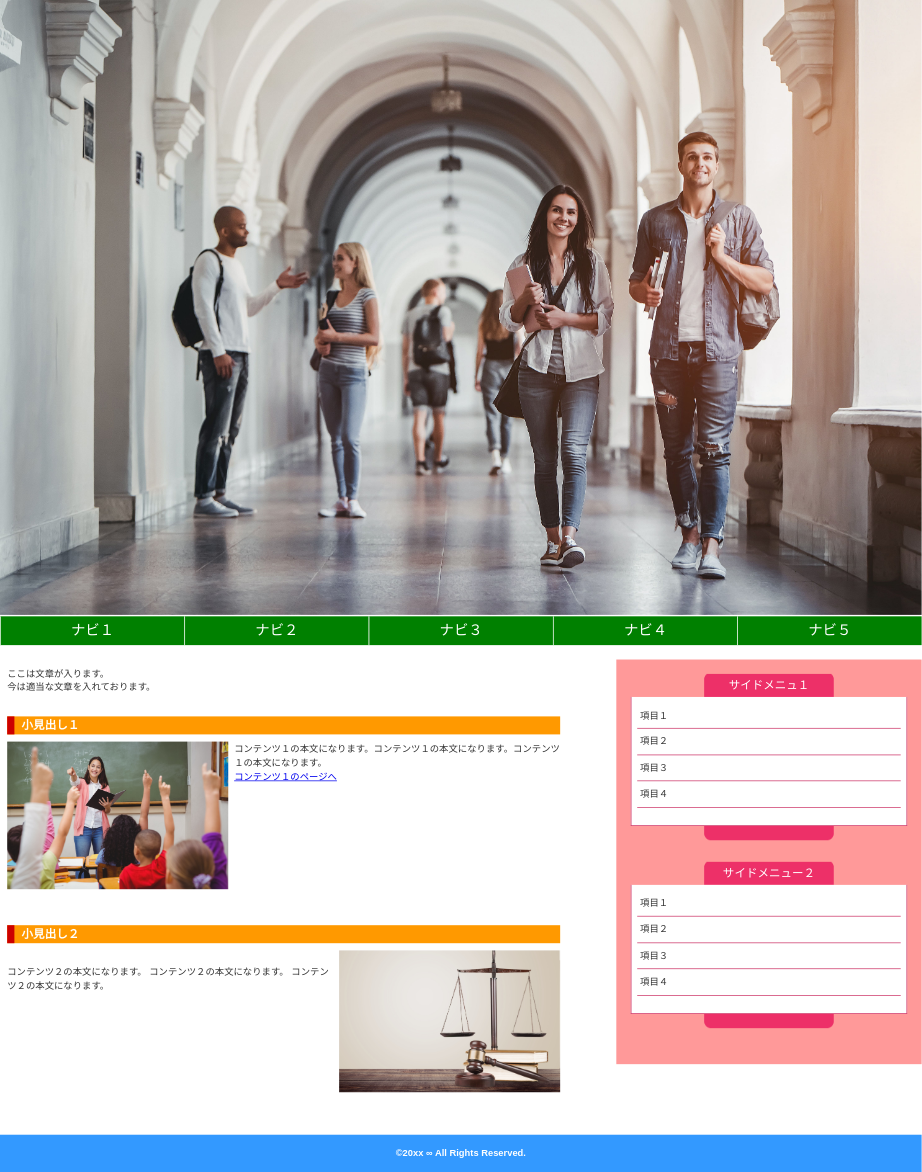
Repository: kitamasa303/samurai_HTML_CSS
Page: home.html
The author's editor kept a record of every edit. The page is drawn from the files as they stood at one moment, then again after the next edit.
The browser window is 1280 px wide. The pictures show the whole page, at 72% of full size.

Above is the page before.

After the next edit:
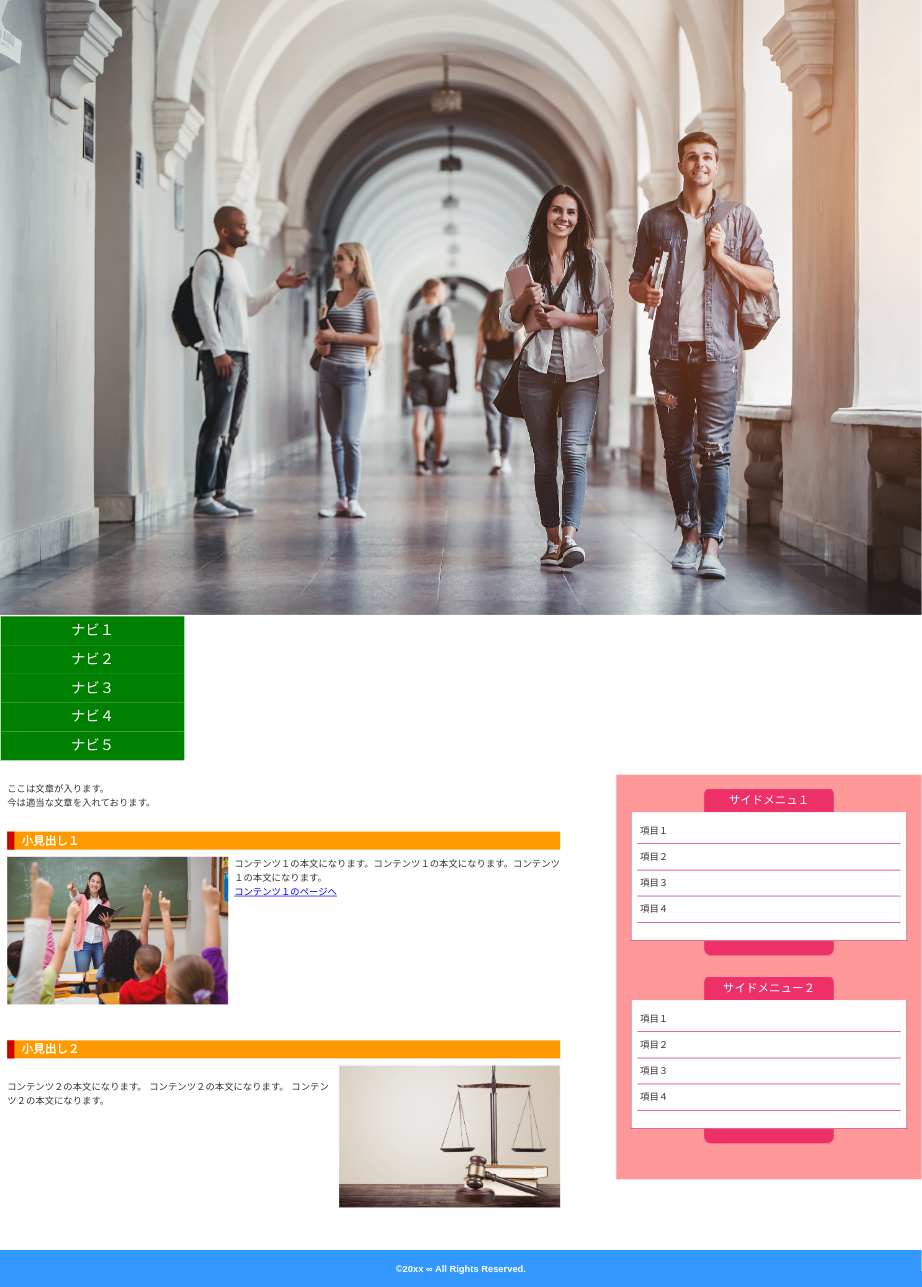
The edit:
--- a/stylesheet.css
+++ b/stylesheet.css
@@ -60,7 +60,7 @@
 }
 
 #nav ul li {
-    float:left;
+
     width:20%;
     text-align:center;
 

After the edit that followed:
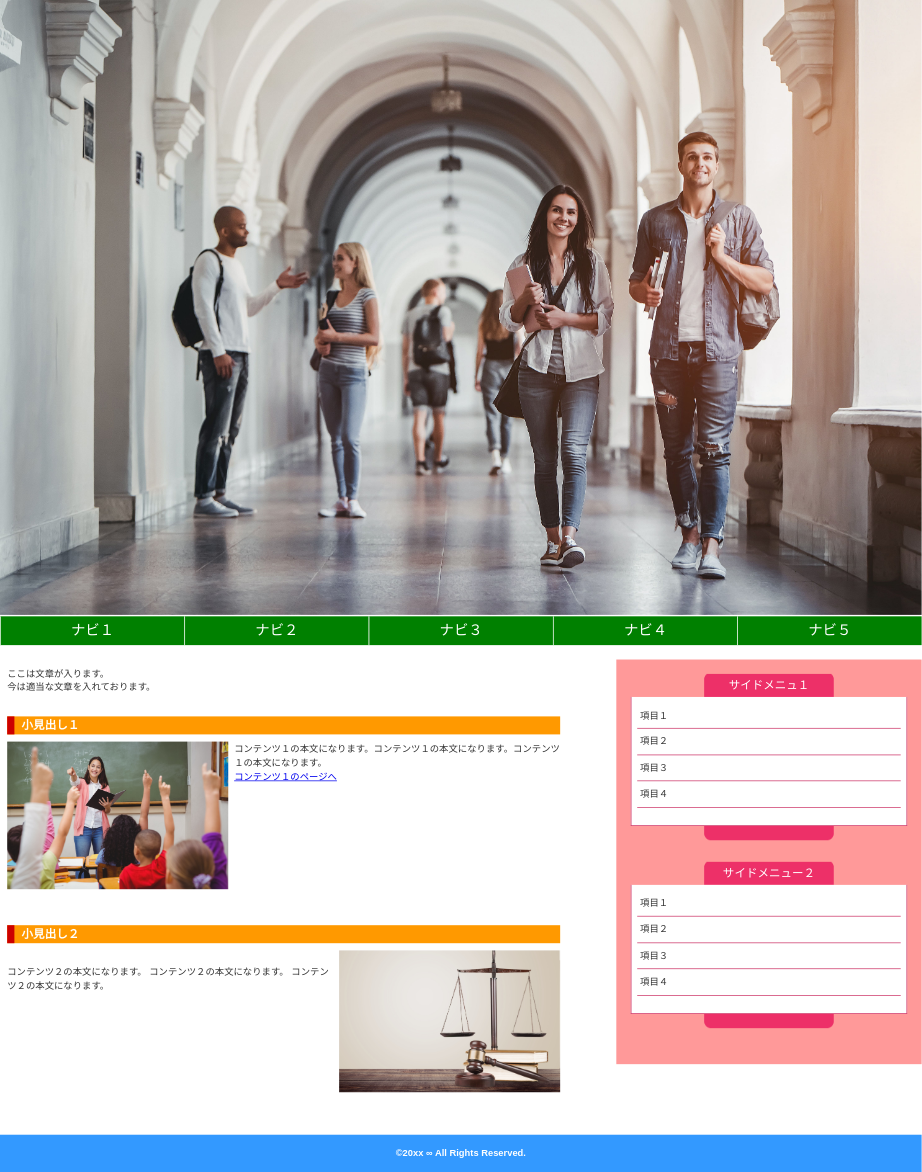
The edit:
--- a/stylesheet.css
+++ b/stylesheet.css
@@ -54,6 +54,7 @@
     width:100%;
 }
 #nav ul{
+    display:flex;
     margin:0;
     padding:0;
     list-style-type:none;
